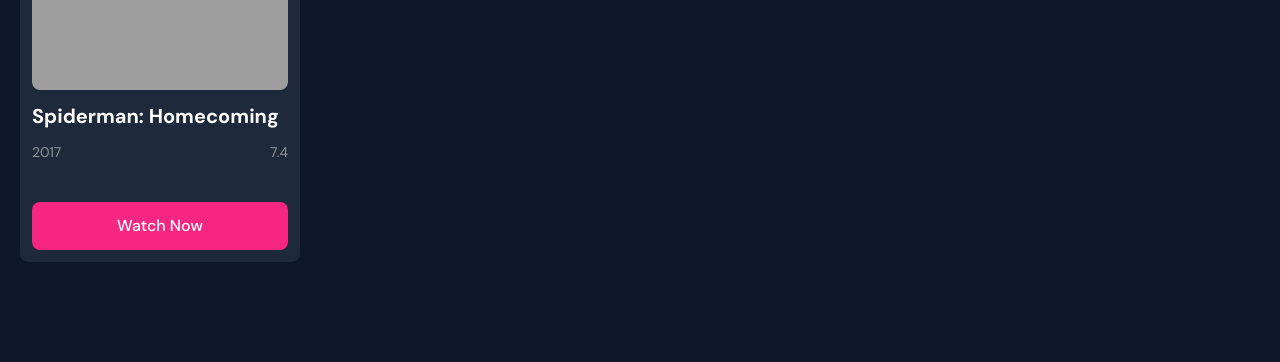
Repository: DVKHOI/react-course-projects
Page: / (app in react-simple-movies/)
The author's editor kept a copy of each file at every save. The page is drawn from the files as they stood at one save, then again after the next save.
The browser window is 1280 px wide. The pictures show the part of the page from y = 1542 to 2494 px (the page is 1904 px tall before and 2494 px after).
Pictures or frames that could not be fetched are drawn as grey boxes. The project was rebuilt for these pictures with package versions that can differ from the ones it lists, and the page was loaded fresh each time.

Above is the page before, as saved 2022-11-03 09:59:34.

After the next save:
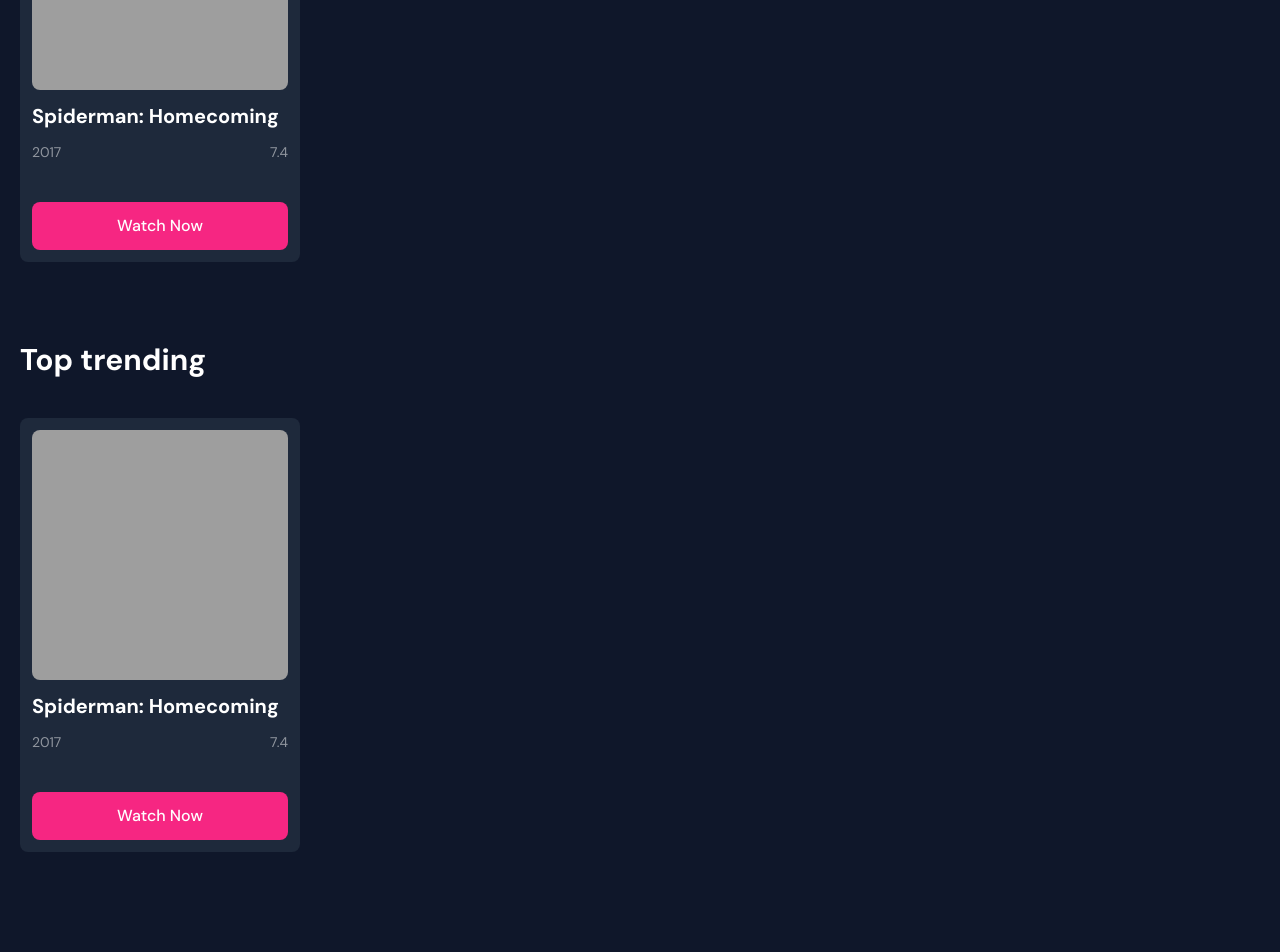
Saved 30 s later.
--- a/react-simple-movies/src/App.js
+++ b/react-simple-movies/src/App.js
@@ -87,6 +87,28 @@
           </div>
         </div>
       </section>
+      <section className="pb-20 movies-layout page-container">
+        <h2 className="mb-10 text-3xl font-bold text-white ">Top trending</h2>
+        <div className="grid grid-cols-4 gap-10 movie-list">
+          <div className="p-3 rounded-lg movie-card bg-slate-800">
+            <img
+              className="w-full h-[250px] rounded-lg object-cover mb-3"
+              src="https://image-cdn.hypb.st/https%3A%2F%2Fhypebeast.com%2Fimage%2F2022%2F05%2Fsony-ceo-tom-rothman-fourth-spider-man-film-updates-tom-holland-zendaya-marvel-mcu-000.jpg?w=960&cbr=1&q=90&fit=max"
+              alt=""
+            />
+            <h3 className="mb-3 text-xl font-bold text-white ">
+              Spiderman: Homecoming
+            </h3>
+            <div className="flex items-center justify-between mb-10 text-sm text-white opacity-50">
+              <span>2017</span>
+              <span>7.4</span>
+            </div>
+            <button className="w-full px-6 py-3 font-medium text-white capitalize rounded-lg bg-primary">
+              Watch Now
+            </button>
+          </div>
+        </div>
+      </section>
     </Fragment>
   );
 }
